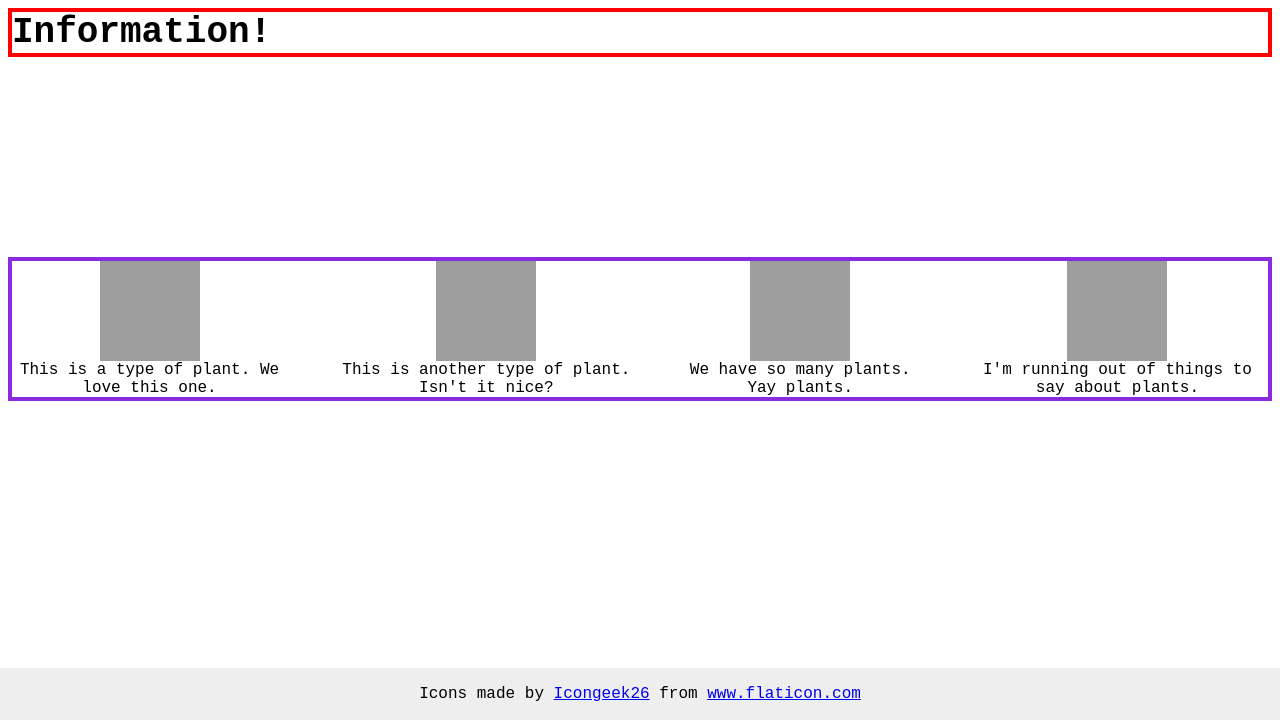
Repository: bbrockbrown/css-exercises
Page: flex/04-flex-information/index.html
An editor plug-in stored every save of this project. The page is shown before and after a run of saves, followed by the edit.
The browser window is 1280 px wide. The pictures show the whole page.
Pictures or frames that could not be fetched are drawn as grey boxes.

Above is the page before, as saved 2024-07-21 17:37:37.

### flex/04-flex-information/index.html
<!DOCTYPE html>
<html lang="en">
  <head>
    <meta charset="UTF-8">
    <meta http-equiv="X-UA-Compatible" content="IE=edge">
    <meta name="viewport" content="width=device-width, initial-scale=1.0">
    <title>Information</title>
    <link rel="stylesheet" href="style.css">
  </head>
  <body>
    <div class="header">
      <div class="title">Information!</div>
    </div>

    <div class="image-containers">

      <div class="img-1">
        <img src="./images/barberry.png" alt="barberry">
        <div class="text">This is a type of plant. We love this one.</div>
      </div>

      <div class="img-2">
        <img src="./images/chilli.png" alt="chili">
        <div class="text">This is another type of plant. Isn't it nice?</div>
      </div>

      <div class="img-3">
        <img src="./images/pepper.png" alt="pepper">
        <div class="text">We have so many plants. Yay plants.</div>
      </div>

      <div class="img-4">
        <img src="./images/saffron.png" alt="saffron">
        <div class="text">I'm running out of things to say about plants.</div>
      </div>

    </div>


    <!-- disregard this section, it's here to give attribution to the creator of these icons -->
    <div class="footer">
      <div>Icons made by <a href="https://www.flaticon.com/authors/icongeek26" title="Icongeek26">Icongeek26</a> from <a href="https://www.flaticon.com/" title="Flaticon">www.flaticon.com</a></div>
    </div>
  </body>
</html>

### flex/04-flex-information/style.css
body {
  font-family: 'Courier New', Courier, monospace;
}

img {
  width: 100px;
  height: 100px;
}

.header {
  display: flex;
  justify-content: center;
  align-items: center;
  border: 4px solid red;
  margin-bottom: 200px;
}

.image-containers {
  display: flex;
  justify-content: center;
  gap: 52px;
  border: 4px solid blueviolet;
}

.img-1, .img-2, .img-3, .img-4 {
  display: flex;
  flex-direction: column;
  align-content: center;
  align-items: center;
  text-align: center;
  margin: auto;
}


.title {
  font-size: 36px;
  font-weight: 900;
  flex: 1 1 auto;
}

/* do not edit this footer */
.footer {
  position: fixed;
  bottom: 0;
  left: 0;
  right: 0;
  height: 52px;
  display: flex;
  align-items: center;
  justify-content: center;
  background: #eee;
}

After the next 2 saves:
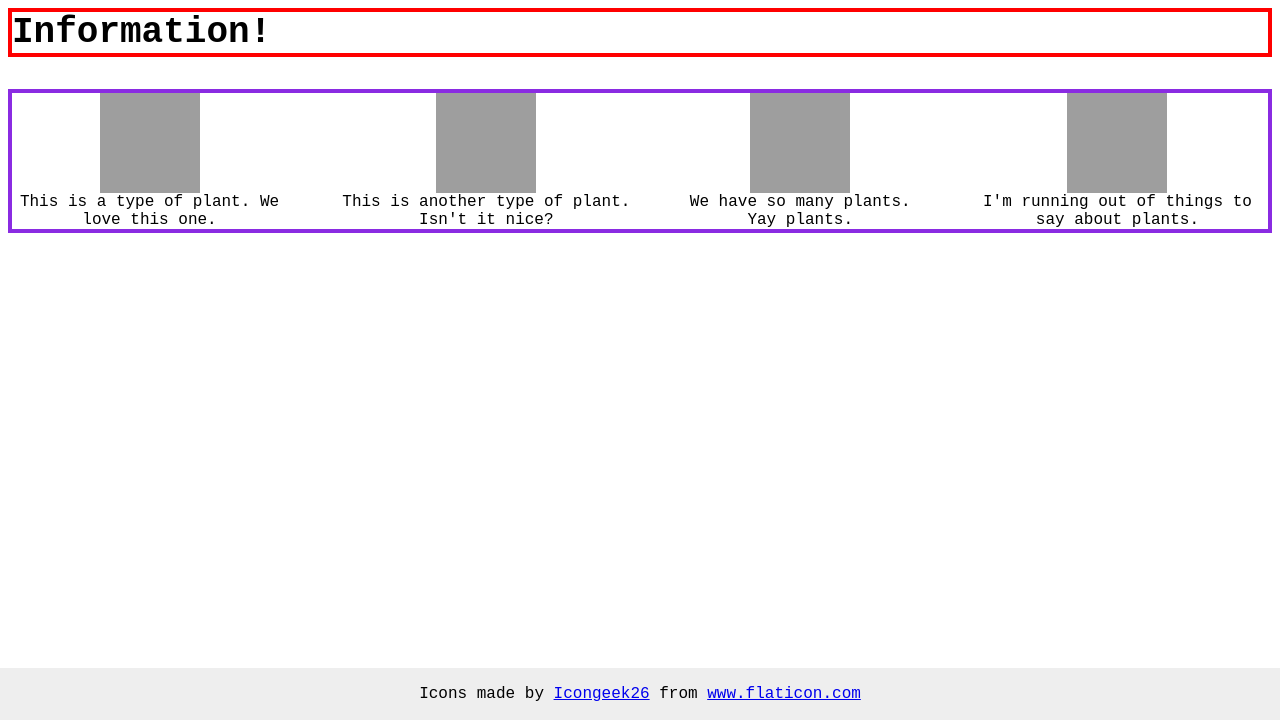
The 2 saves are shown as one change because they came seconds apart.
The last was saved 19 s later.
--- a/flex/04-flex-information/style.css
+++ b/flex/04-flex-information/style.css
@@ -12,7 +12,7 @@ img {
   justify-content: center;
   align-items: center;
   border: 4px solid red;
-  margin-bottom: 200px;
+  margin-bottom: 32px;
 }
 
 .image-containers {
